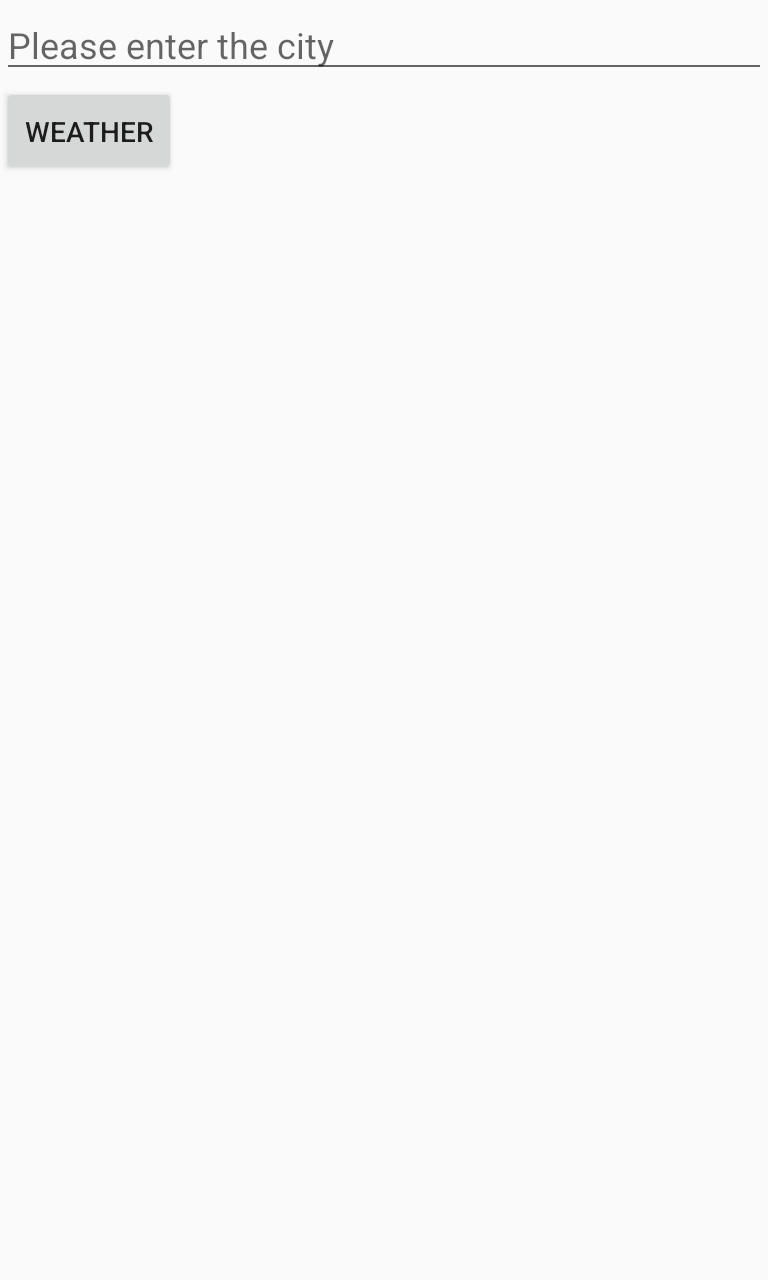
Repository: alexWr/weather-app
Layout: OpenWeatherT/res/layout/main.xml
The author's editor kept a copy of each file at every save. The layout is drawn from the files as they stood at one save, then again after the next save.
It is drawn on a 768 x 1280 px phone screen (xhdpi) without system bars, with theme AppTheme; the app's code is not run.

Above is the layout before, as saved 2014-10-16 06:59:53.

### OpenWeatherT/res/layout/main.xml
<?xml version="1.0" encoding="utf-8"?>
<LinearLayout xmlns:android="http://schemas.android.com/apk/res/android"
    android:layout_width="fill_parent"
    android:layout_height="fill_parent"
    android:orientation="vertical"     >
    <EditText
		android:layout_width="match_parent"
	    android:layout_height="wrap_content"
	    android:layout_gravity="center"
	    android:hint="Please enter the city"
		android:id="@+id/etCity"
		/>
    <Button
		android:layout_width="wrap_content"
		android:layout_height="wrap_content"
		android:text="weather"
		android:id="@+id/btnSend"/>
	<TextView
        android:layout_width="wrap_content"
        android:layout_height="wrap_content"
        android:id="@+id/tvWeather"/>
</LinearLayout>

Loaded but not shown: OpenWeatherT/res/values/styles.xml (common file); OpenWeatherT/res/values-v11/styles.xml (common file); OpenWeatherT/res/values-v14/styles.xml (common file)

After the next save:
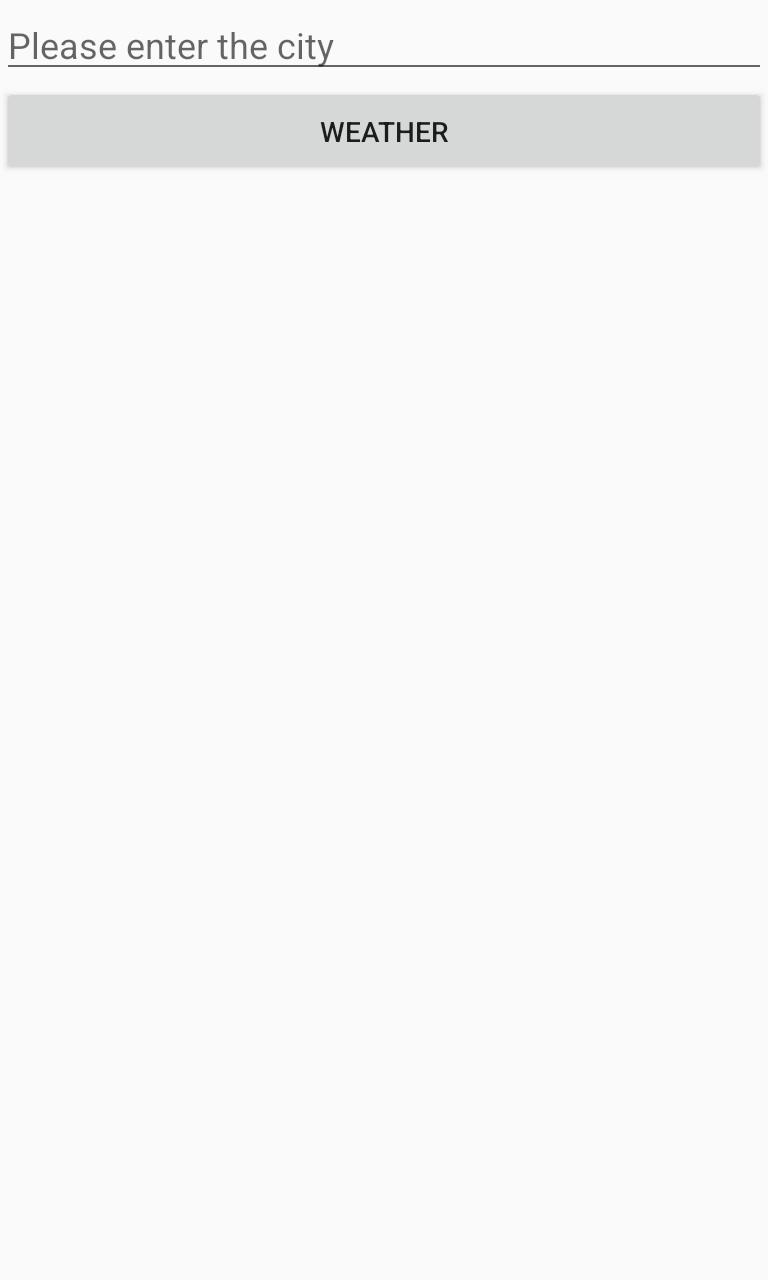
Saved 28 s later.
--- a/OpenWeatherT/res/layout/main.xml
+++ b/OpenWeatherT/res/layout/main.xml
@@ -11,8 +11,9 @@
 		android:id="@+id/etCity"
 		/>
     <Button
-		android:layout_width="wrap_content"
+		android:layout_width="match_parent"
 		android:layout_height="wrap_content"
+		android:layout_gravity="center"
 		android:text="weather"
 		android:id="@+id/btnSend"/>
 	<TextView
